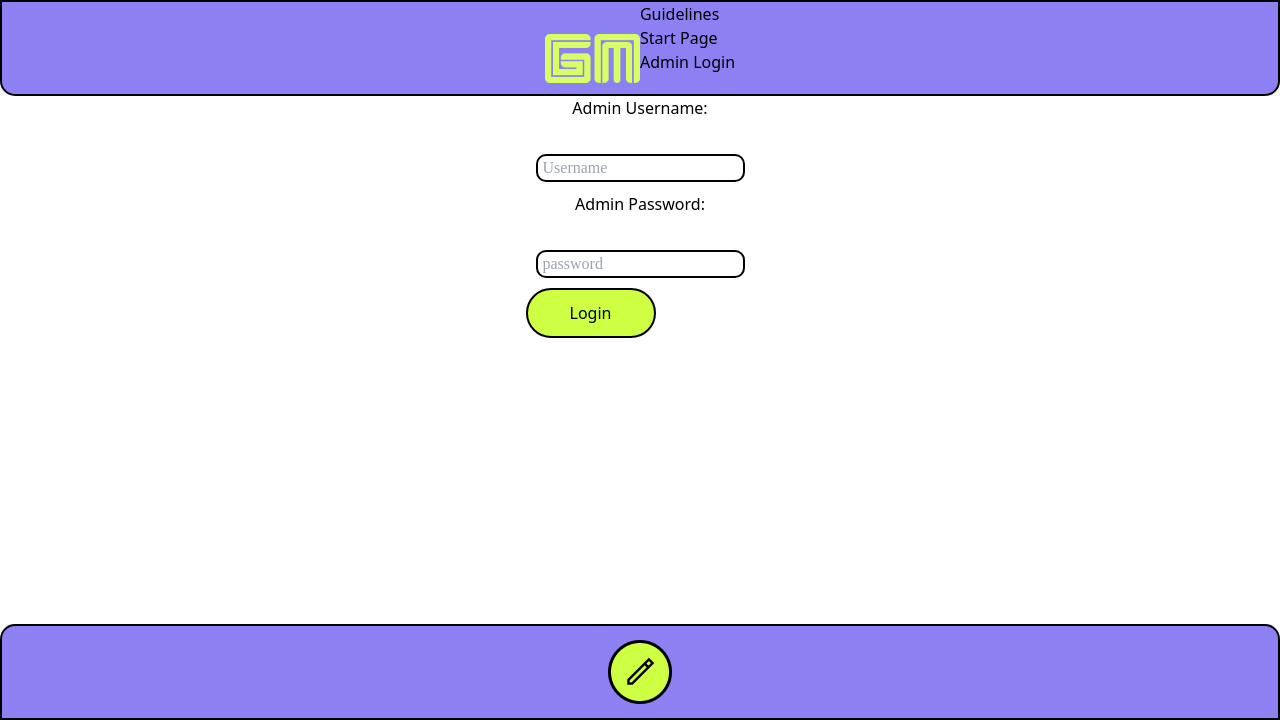
Repository: Yahya9102/Java22-ux22-Sideproject-main
Page: /adminLogin
The author's editor kept a copy of each file at every save. The page is drawn from the files as they stood at one save, then again after a run of saves.
The browser window is 1280 px wide. The pictures show the whole page.
The project was rebuilt for these pictures with package versions that can differ from the ones it lists, and the page was loaded fresh each time. The framework's server and built-in components were replaced by stand-ins that run in the browser. Also part of the build but not shown: next.config.js.

Above is the page before, as saved 2023-05-04 14:02:52.

After the next 5 saves:
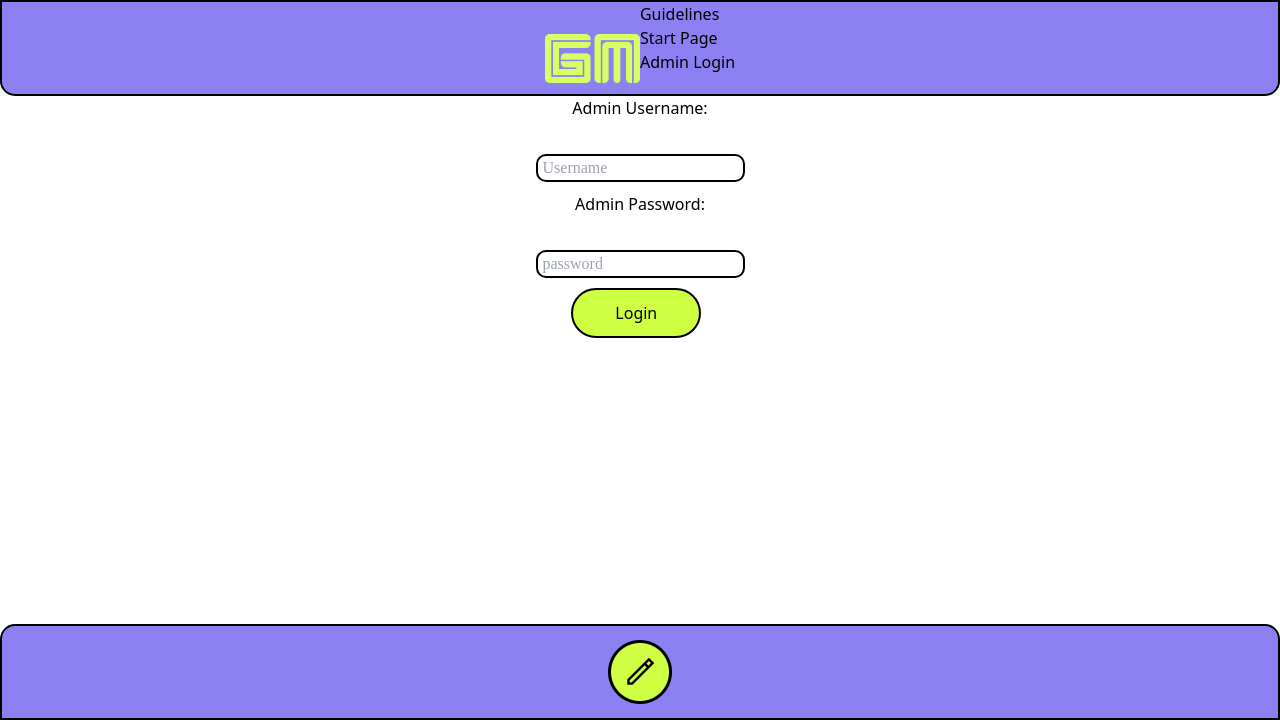
The 5 saves are shown as one change because they came seconds apart.
The last was saved 19 s later.
--- a/p-components/styles/adminLogin.module.css
+++ b/p-components/styles/adminLogin.module.css
@@ -12,7 +12,7 @@
   height: 50px;
   border-radius: 25px;
   border: solid 2px;
-  left: 50%;
+  margin-left: 20%;
 }
 
 .admin_body {
